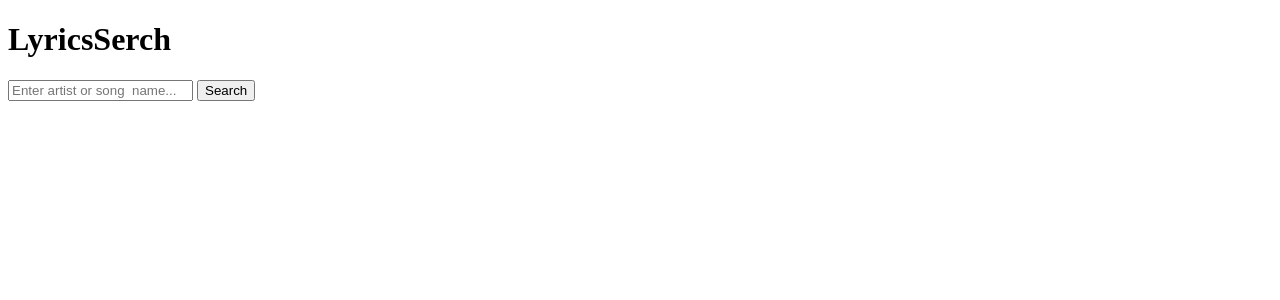
Repository: Pancerzaba/LyricsSearchApp
Page: index.html
An editor plug-in stored every save of this project. The page is shown before and after a run of saves, followed by the edit.
The browser window is 1280 px wide. The pictures show the whole page.

Above is the page before, as saved 2020-09-12 14:51:16.

After the next 2 saves:
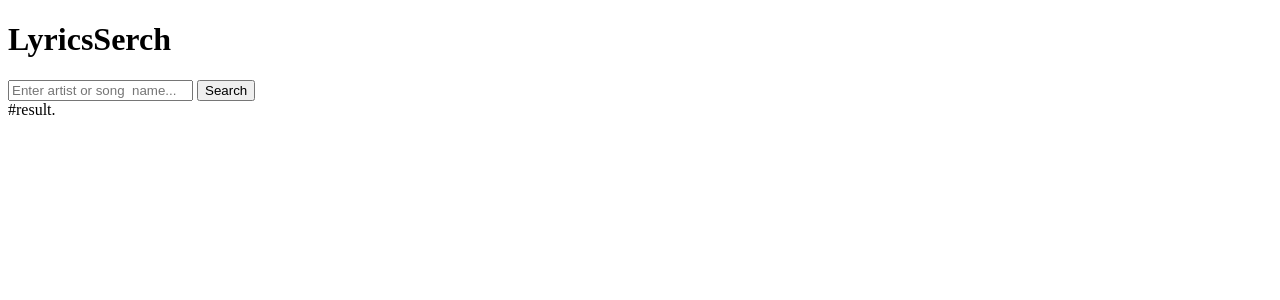
The 2 saves are shown as one change because they came seconds apart.
The last was saved 5 s later.
--- a/index.html
+++ b/index.html
@@ -15,7 +15,7 @@
         </form>
     </heder>
 
-    <div id="result"></div>
+    #result.
 
     <script src="script.js"></script>
 </body>

After the save that followed:
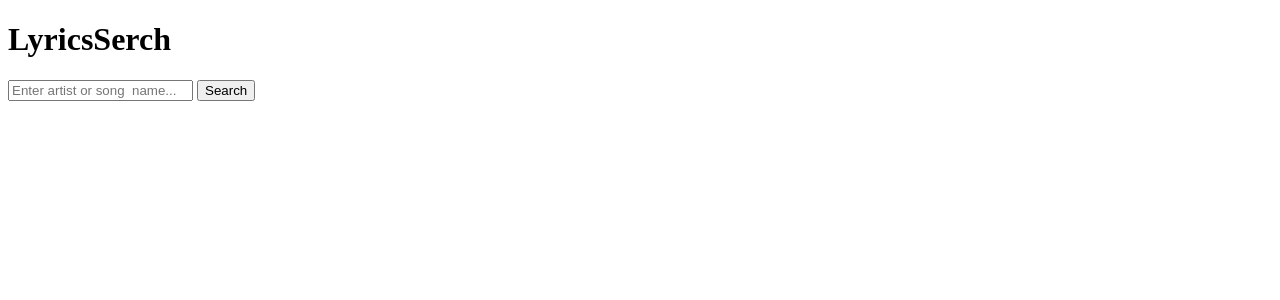
Saved 5 s later.
--- a/index.html
+++ b/index.html
@@ -15,7 +15,7 @@
         </form>
     </heder>
 
-    #result.
+    <div id="result" class="container"></div>
 
     <script src="script.js"></script>
 </body>
